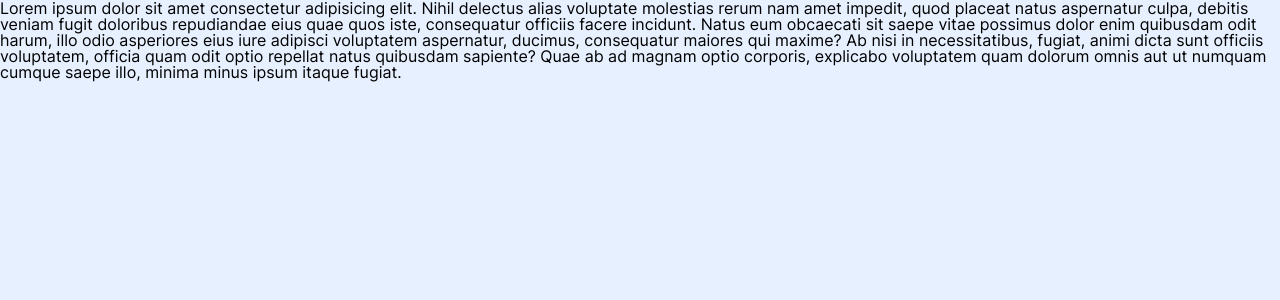
Repository: maianhbao9796/f8-htmlcss-01
Page: index.html
These files come from the project's save history. The page is drawn as it stood at one moment and after the next save; the edit follows.
The browser window is 1280 px wide. The pictures show the whole page.

Above is the page before, as saved 2024-05-14 09:56:01.

After the next save:
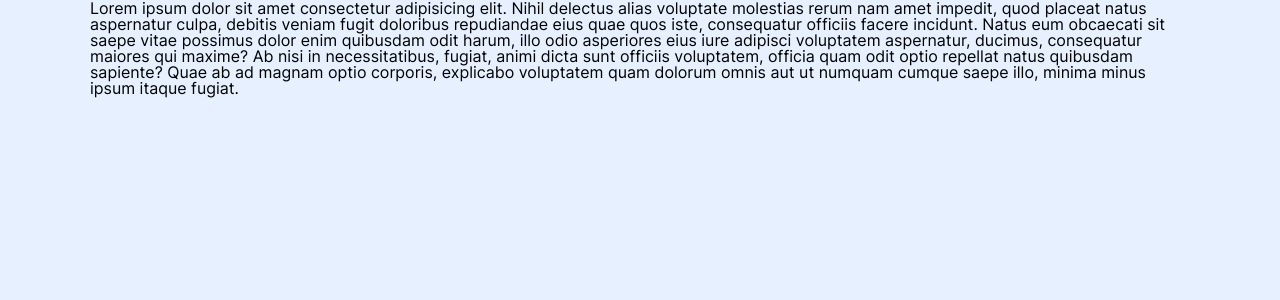
Saved 47 s later.
--- a/assets/css/style.css
+++ b/assets/css/style.css
@@ -16,3 +16,8 @@ body {
     background: #E6F0FF;
     height: 100vh;
 }
+
+.content {
+    width: 1100px;
+    margin: 0 auto;
+}
